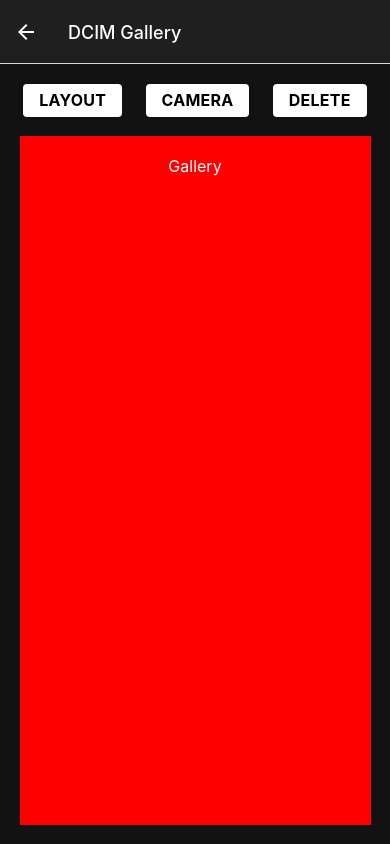
Repository: jzielinski47/react-native-camera-app
Screen: /gallery
The author's editor kept a copy of each file at every save. The screen is drawn from the files as they stood at one save, then again after the next save.
The app was drawn by React Native's web renderer in a window 390 px wide. The project was rebuilt for these pictures with package versions that can differ from the ones it lists, and the page was loaded fresh each time.

Above is the screen before, as saved 2022-12-04 15:14:25.

After the next save:
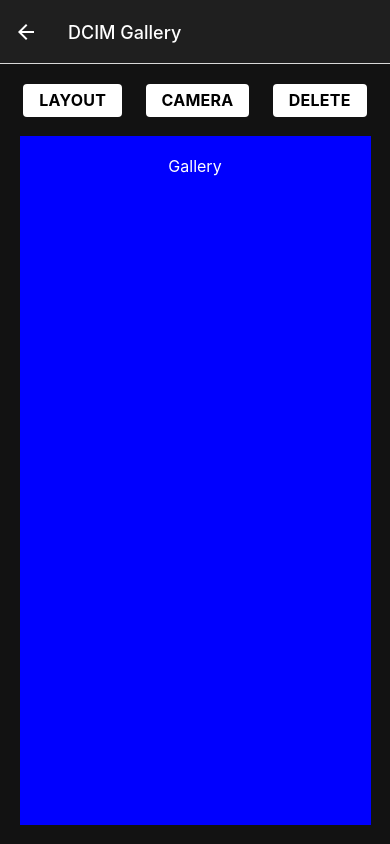
Saved 6 s later.
--- a/screens/Gallery.jsx
+++ b/screens/Gallery.jsx
@@ -20,7 +20,7 @@ export default function Gallery() {
 const styles = StyleSheet.create({
     container: { flex: 1, backgroundColor: '#121212' },
     headlineBtns: { flexDirection: 'row', justifyContent: 'space-evenly', paddingTop: '5%' },
-    gallery: { flex: 1, justifyContent: 'flex-start', alignItems: 'center', backgroundColor: 'red', margin: '5%', padding: '5%' },
+    gallery: { flex: 1, justifyContent: 'flex-start', alignItems: 'center', backgroundColor: 'blue', margin: '5%', padding: '5%' },
     image: { flex: 1, justifyContent: 'center', alignItems: 'center' },
     icon: { width: 50, height: 50, margin: 10 },
     title: { color: 'white', fontWeight: 'bold', fontSize: 32, marginBottom: 5 },
